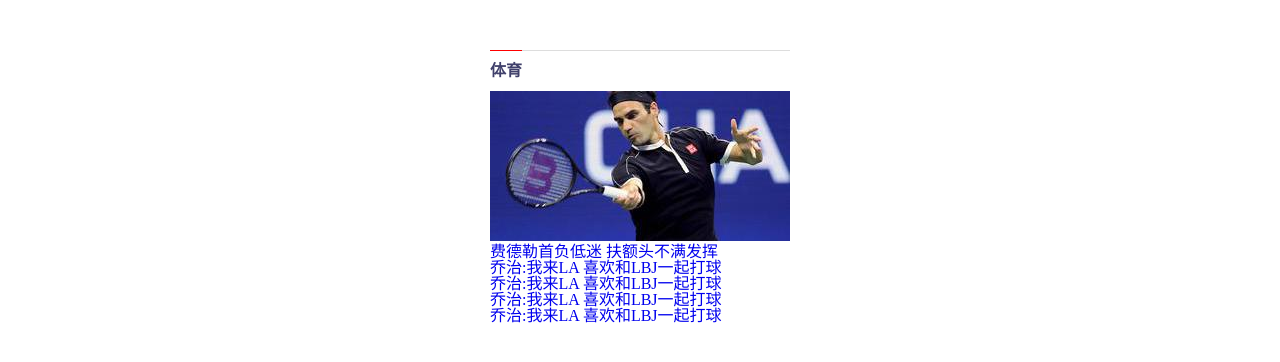
Repository: Romic77/css-test
Page: exercise/03_网易新闻的右侧列表.html
An editor plug-in stored every save of this project. The page is shown before and after the next save, followed by the edit.
The browser window is 1280 px wide. The pictures show the whole page.

Above is the page before, as saved 2022-09-03 15:52:25.

### exercise/03_网易新闻的右侧列表.html
<!DOCTYPE html>
<html lang="en">

<head>
    <meta charset="UTF-8">
    <meta http-equiv="X-UA-Compatible" content="IE=edge">
    <meta name="viewport" content="width=device-width, initial-scale=1.0">
    <title>Document</title>
    <link rel="stylesheet" href="./css/reset.css">
    <style>
        a {
            text-decoration: none;
        }

        .news-wrapper {
            width: 300px;
            height: 358px;
            margin: 50px auto;

            /* 设置上边框 */
            border-top: 1px solid #ddd;
        }

        .news-wrapper h2 {
            height: 40px;
            /* 文字居中 */
            line-height: 40px;
        }

        .news-wrapper h2 a {
            color: #40406B;
            font-weight: bold;
        }

        .news-title {
            height: 40px;
            display: inline-block;
            border-top: 1px red solid;

            margin-top: -1px;

        }

        .news-title .img-title {
            color: #fff;
            margin-top: -30px;
            font-weight: bold;
        }
    </style>
</head>

<body>
    <div class="news-wrapper">
        <h2 class="news-title">
            <a href="#">体育</a>
        </h2>

        <div class="news-img">
            <a href="#">
                <img src="./img/03/1.jpeg" alt="">

                <h3 class="img-title">费德勒首负低迷 扶额头不满发挥 </h3>
            </a>
        </div>

        <ul class="news-list">
            <li><a href="#">乔治:我来LA 喜欢和LBJ一起打球</a></li>
            <li><a href="#">乔治:我来LA 喜欢和LBJ一起打球</a></li>
            <li><a href="#">乔治:我来LA 喜欢和LBJ一起打球</a></li>
            <li><a href="#">乔治:我来LA 喜欢和LBJ一起打球</a></li>
        </ul>

    </div>
</body>

</html>

Loaded but not shown: exercise/css/reset.css (common file)

After the next save:
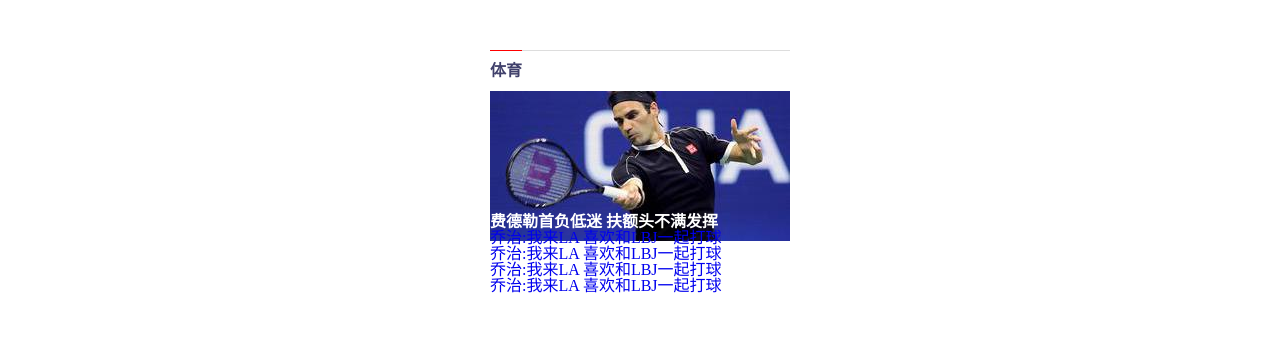
Saved 70 s later.
--- a/exercise/03_网易新闻的右侧列表.html
+++ b/exercise/03_网易新闻的右侧列表.html
@@ -41,7 +41,7 @@
 
         }
 
-        .news-title .img-title {
+        .img-title {
             color: #fff;
             margin-top: -30px;
             font-weight: bold;

After the save that followed:
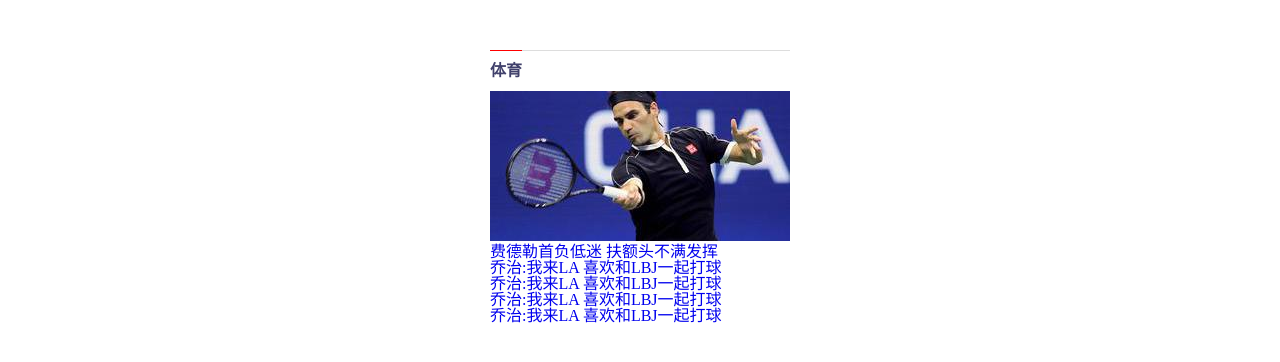
Saved 13 s later.
--- a/exercise/03_网易新闻的右侧列表.html
+++ b/exercise/03_网易新闻的右侧列表.html
@@ -41,7 +41,7 @@
 
         }
 
-        .img-title {
+        .news-title .img-title {
             color: #fff;
             margin-top: -30px;
             font-weight: bold;
